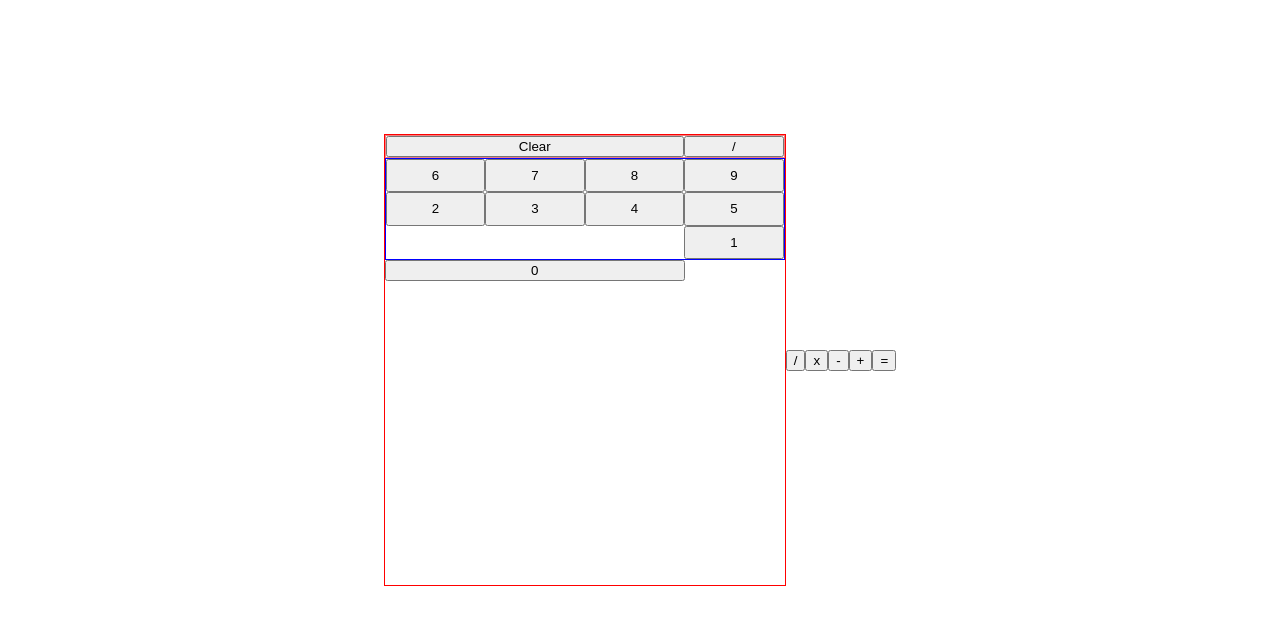
Repository: kocokoy/Calculator
Page: index.html
An editor plug-in stored every save of this project. The page is shown before and after the next save, followed by the edit.
The browser window is 1280 px wide. The pictures show the whole page.

Above is the page before, as saved 2024-10-22 14:46:14.

### index.html
<!DOCTYPE html>
<html lang="en">
<head>
  <meta charset="UTF-8">
  <meta name="viewport" content="width=device-width, initial-scale=1.0">
  <link rel="stylesheet" href="/style.css">
  <title>Document</title>
</head>
<body>
  <div class="calculator-container">
    <div class="output-number"></div>
    <div class="number-and-clear-container">
      <div class="clear-button-container">
      </div>
      <div class="number-container">

      </div>
      <div class="zero-button-container">
      </div>
    </div>
    <div class="operator-container">
    </div>
  </div>
  <script src="/script.js"></script>
</body>
</html>

### style.css
body{
  padding: 0;
  margin: 0;
  height: 100%;
}
.calculator-container{
  display: flex;
  align-items: center;
  justify-content: center;
  height: 100vh;
}
.number-and-clear-container{
  border: 1px solid red;
  height: 450px;
  width: 400px;
  display: block;
}
.clear-button-container{
  display: grid;
  grid-template-columns: 1fr 100px;
  border: 1px solid lightcoral;
}
.number-container{
  display: grid;
  grid-template-columns: 1fr 1fr 1fr 1fr;
  direction: rtl;
  border: 1px solid blue;
  height: 100px;
}
.zero-button-container{
  display: grid;
  grid-template-columns: 1fr 100px;
}

### script.js
const calculatorButton = ['Clear',1,2,3,4,5,6,7,8,9,0];
const operatorContent = ['/','x','-','+','='];
const numberContainer = document.querySelector('.number-container');
const numberButton = document.querySelectorAll('.number-button');
const clearButtonContainer = document.querySelector('.clear-button-container');
const zeroButtonContainer = document.querySelector('.zero-button-container');
const operatorContainer = document.querySelector('.operator-container');
const operatorButton = document.querySelectorAll('.operator-button');
const outputElement = document.querySelector('.output-number');

let num1 = '';
let num2 = '';
let operator = '';
let result = 0;
let equals ='';
let html = '';

const descendedNumber = calculatorButton.sort((a,b) => b-a)
for(const num of descendedNumber){
  for(const operand of operatorContent){
    const button = document.createElement('button');
    const operandButton = document.createElement('button');
    if(num === 'Clear' && operand === '/'){
      button.classList.add('clear-button');
      operandButton.classList.add('operand-button');
      button.textContent = num;
      operandButton.textContent = operand;
      clearButtonContainer.appendChild(button);
      clearButtonContainer.appendChild(operandButton);
      break;
    }else if(num === 0){
      button.classList.add('number-button');
      button.textContent = num;
      console.log(button);
      zeroButtonContainer.appendChild(button);
      break;
    }else{
      if(num === 9 && operand === 'x')
      button.classList.add('zero-button');
      button.textContent = num;
      numberContainer.appendChild(button);
      break;
    }
  }
}
// descendedNumber.forEach(num => {
// });

operatorContent.forEach(oper => {
  const button = document.createElement('button');
  button.classList.add('operator-button');
  button.textContent = oper;
  operatorContainer.appendChild(button);
});


operatorButton.forEach((operButton,i) => {
  operButton.addEventListener('click', () => {
    if(operButton.textContent != '='){
      operator = operButton.textContent;
      outputElements(operator);
    }else{
      equals = operButton.textContent;
      if(equals === '='){
        console.log(`${num1}${operator}${num2}`)
        operate(num1,num2,operator);
      }
    }

  })
})

numberButton.forEach((numButton,i) => {
  numButton.addEventListener('click', () => {

    if (operator === '') {
      num1 += numButton.textContent;
      outputElements(numButton.textContent);
      console.log('Num1:', num1);
    } else {
      num2 += numButton.textContent;
      outputElements(numButton.textContent);
      console.log('Num2:', num2);
    }
  })
})


function outputElements(a){
  if(num1 && num2 && operator && equals){
    outputElement.textContent = '';
    outputElement.textContent = a;
  }else{
    html+=a;
    console.log(html);
    outputElement.textContent = html;
  }
}




function operate(num1,num2,operator){
  number1 = parseInt(num1,10);
  number2 = parseInt(num2,10);
  if(operator === '+'){
    addOperator(number1,number2);
  }else if(operator === '-'){
    minusOperator(number1,number2);
  }else if(operator === '*'){
    timesOperator(number1,number2);
  }else if(operator === '/'){
    divideOperator(number1,number2);
  }
}


const addOperator = (a,b) => {
  console.log(a,b);
  result = a + b;
  outputElements(result);
  return console.log(result);
}

const minusOperator = (a,b) => {
  result = a-b;
  outputElements(result);
  return console.log(result);
}

const timesOperator = (a,b) => {
  result = a*b;
  outputElements(result);
  return console.log(result);
}

const divideOperator = (a,b) => {
  sum = a/b;
  outputElements(result);
  return console.log(result);
}

After the next save:
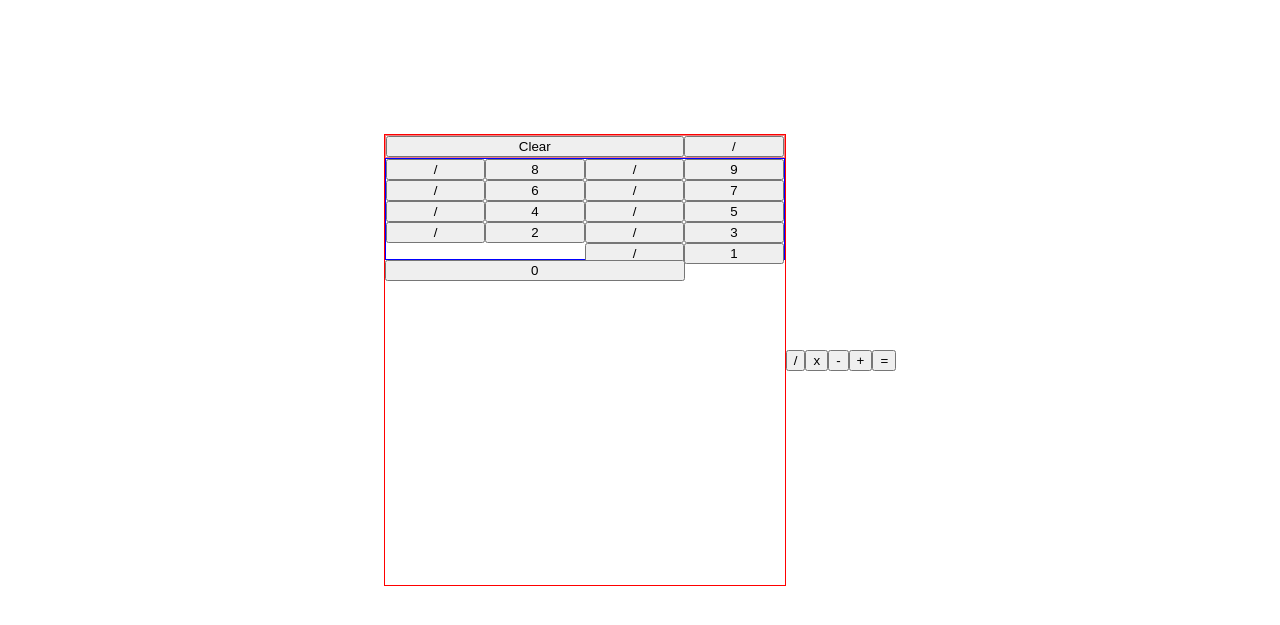
Saved 31 s later.
--- a/script.js
+++ b/script.js
@@ -38,7 +38,9 @@ for(const num of descendedNumber){
       if(num === 9 && operand === 'x')
       button.classList.add('zero-button');
       button.textContent = num;
+      operandButton.textContent = operand;
       numberContainer.appendChild(button);
+      numberContainer.appendChild(operandButton);;
       break;
     }
   }
